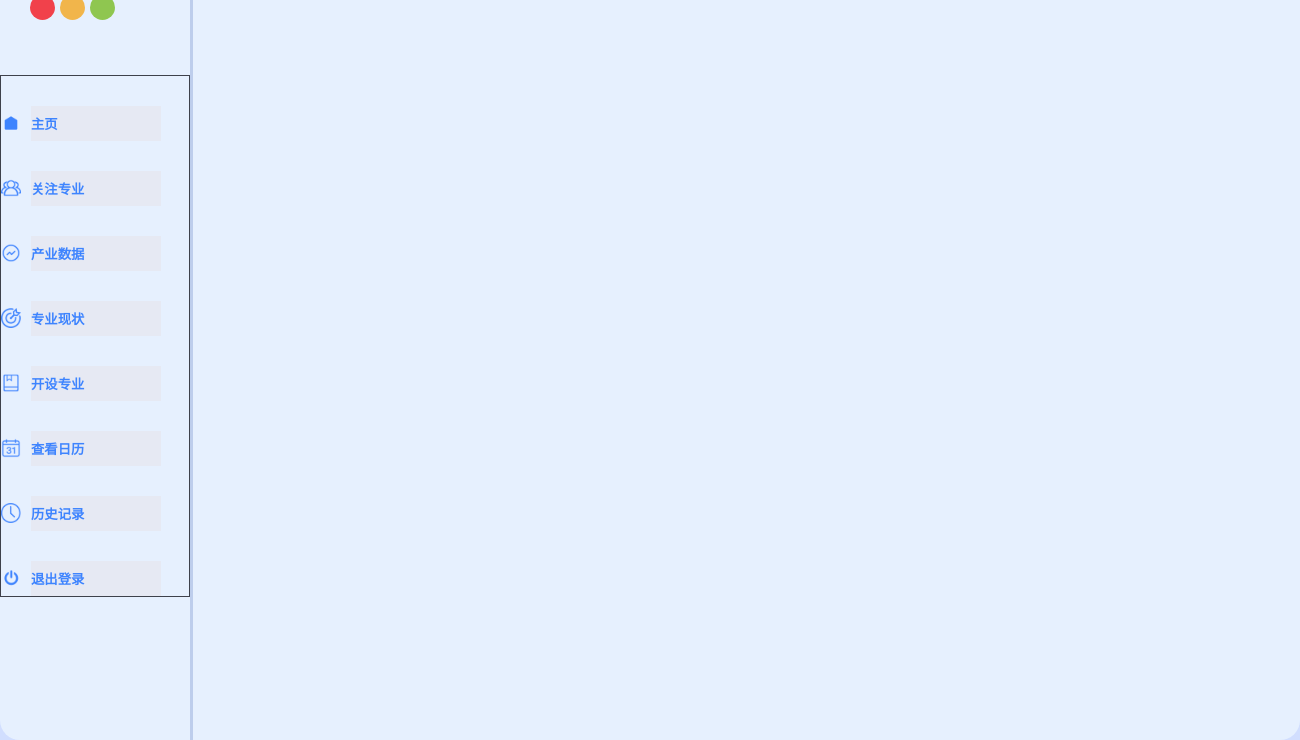
Repository: akaCSDN/test
Page: 2.1主页.html
The author's editor kept a copy of each file at every save. The page is drawn from the files as they stood at one save, then again after the next save.
The browser window is 1280 px wide. The page is 1300 px wide, so the pictures cover 1300 px, including what lies to the right of the window. The pictures show the whole page.

Above is the page before, as saved 2022-12-02 15:21:54.

After the next save:
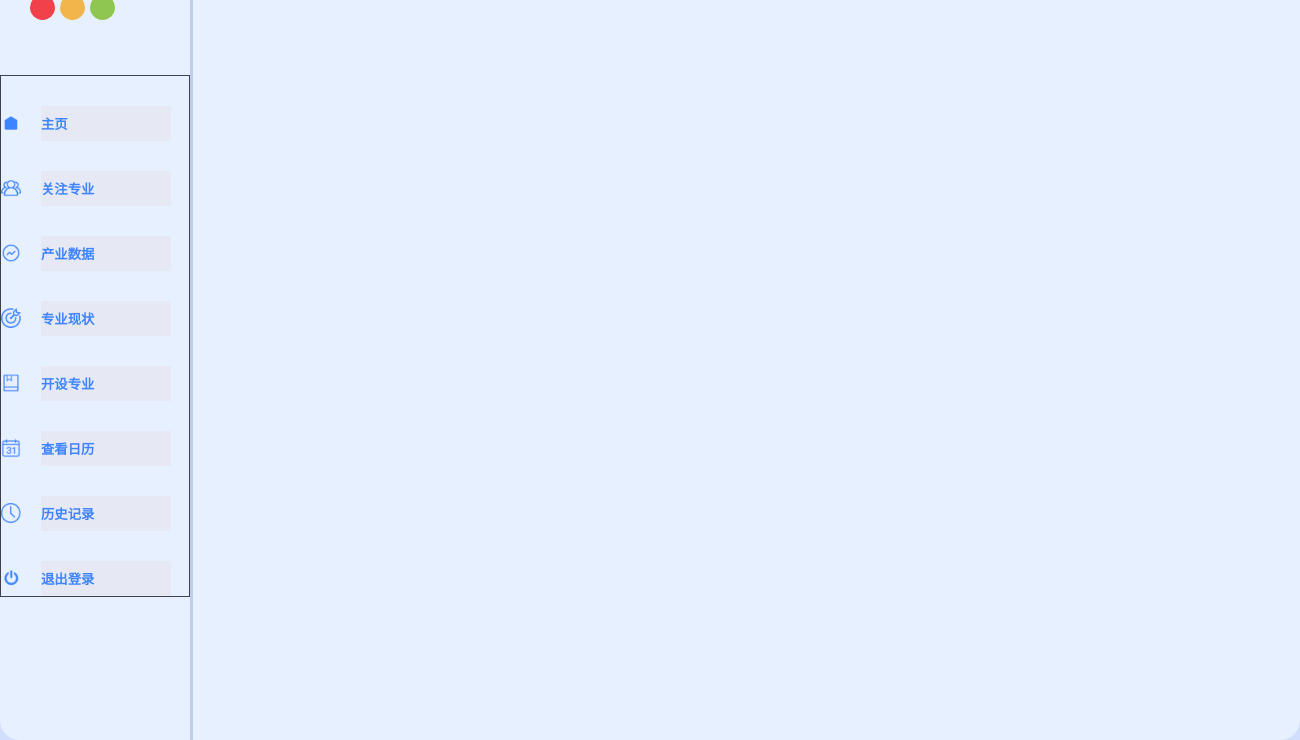
Saved 5 s later.
--- a/2.1主页.html
+++ b/2.1主页.html
@@ -65,7 +65,7 @@
             width: 130px;
             height: 35px;
             text-align: left;
-            margin-left: 30px;
+            margin-left: 40px;
             /* color: rgba(0, 94, 255, 0.909); */
             color: #005EFF;
             font-weight: 600;
